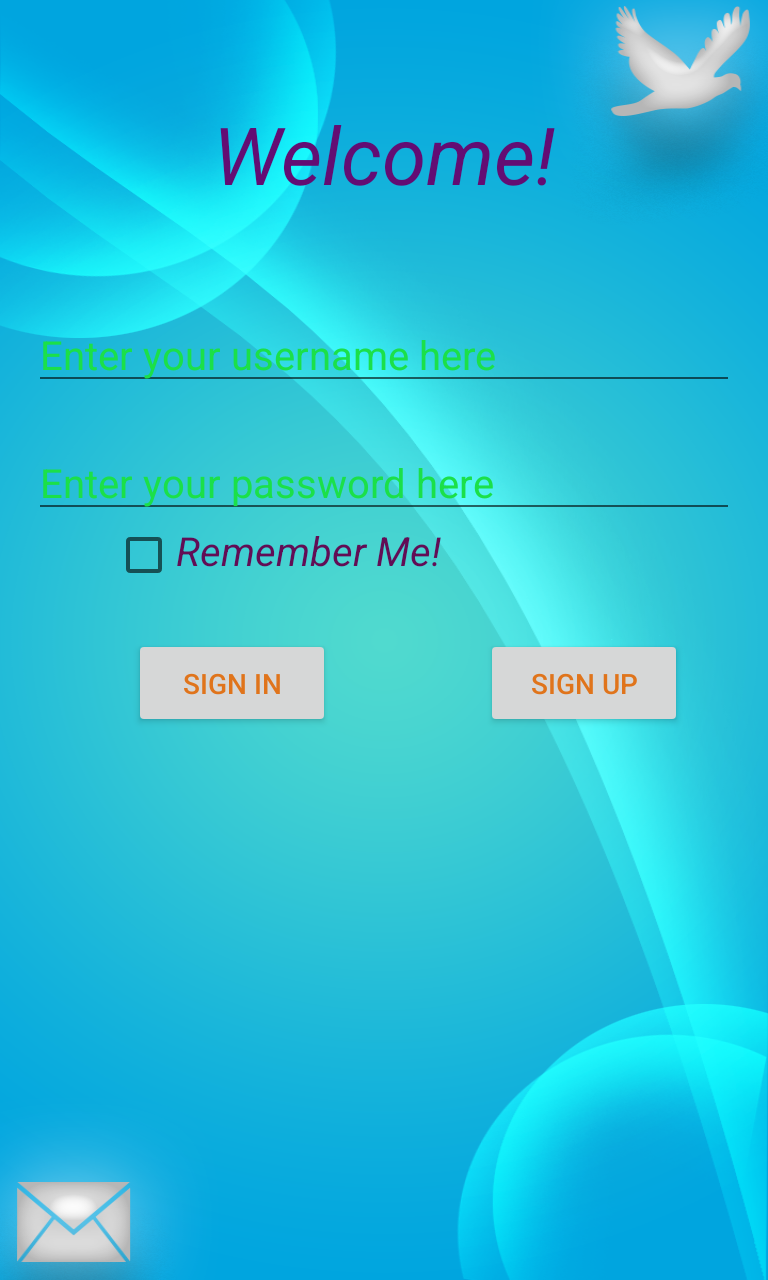
Repository: JodyCoolit/android
Layout: Delivery/res/layout/activity_login.xml
These files come from the project's save history. The layout is drawn as it stood at one moment and after the next save; the edit follows.
It is drawn on a 768 x 1280 px phone screen (xhdpi) without system bars, with theme AppTheme; the app's code is not run.

Above is the layout before, as saved 2014-08-25 02:29:13.

After the next save:
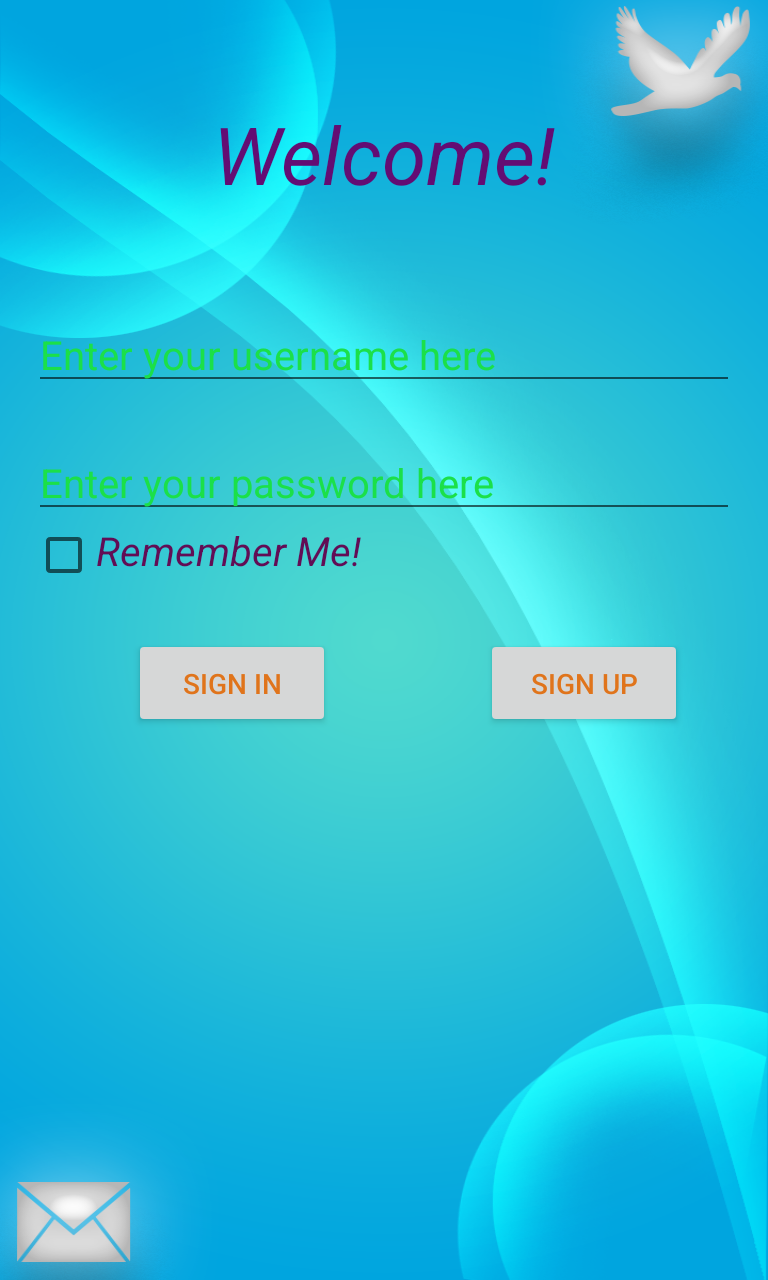
Saved 18 s later.
--- a/Delivery/res/layout/activity_login.xml
+++ b/Delivery/res/layout/activity_login.xml
@@ -46,7 +46,6 @@
     	android:layout_height="wrap_content"
     	android:orientation="horizontal">
     	<CheckBox
-    	android:layout_marginLeft="40sp"
         android:id="@+id/cb_rememberMe"
         android:layout_width="wrap_content"
         android:layout_height="wrap_content"
